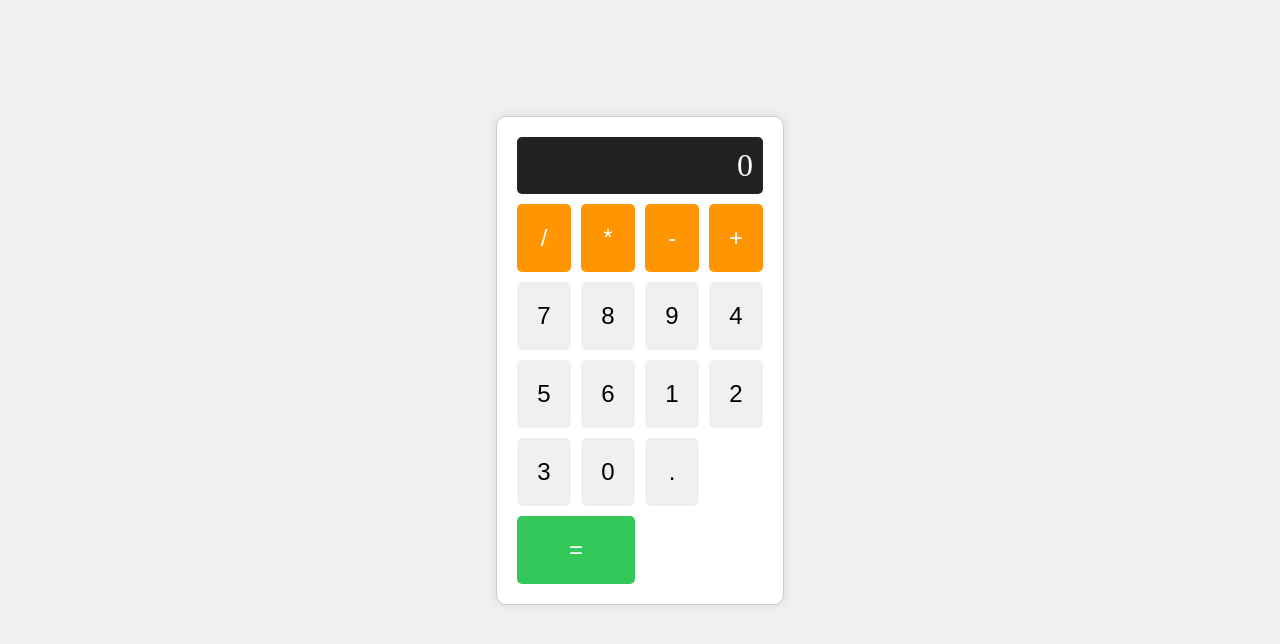
Repository: alizey12/calculator
Page: index.html
The author's editor kept a copy of each file at every save. The page is drawn from the files as they stood at one save, then again after the next save.
The browser window is 1280 px wide. The pictures show the whole page.

Above is the page before, as saved 2024-11-23 18:32:47.

### index.html
<!DOCTYPE html>
<html lang="en">
<head>
    <meta charset="UTF-8">
    <meta name="viewport" content="width=device-width, initial-scale=1.0">
    <title>Document</title>
    <link rel="stylesheet" href="styles.css">
</head>
<body>


        <div class="calculator">
            <div class="display" id="display">0</div>
            <div class="buttons">
                <button class="btn operator">/</button>
                <button class="btn operator">*</button>
                <button class="btn operator">-</button>
                <button class="btn operator">+</button>

                <button class="btn">7</button>
                <button class="btn">8</button>
                <button class="btn">9</button>

                <button class="btn">4</button>
                <button class="btn">5</button>
                <button class="btn">6</button>

                <button class="btn">1</button>
                <button class="btn">2</button>
                <button class="btn">3</button>

                <button class="btn">0</button>
                <button class="btn">.</button>


                <button class="btn operator" id="equals">=</button>
            </div>
        </div>


    <script src="script.js"></script>
</body>
</html>

### styles.css
body {
    display: flex;
    justify-content: center;
    align-items: center;
    height: 100vh;
    background-color: #f0f0f0;
    margin: 0;
}

.calculator {
    border: 1px solid #ccc;
    border-radius: 10px;

    padding: 20px;
    background-color: #fff;
    box-shadow: 0 0 10px rgba(0, 0, 0, 0.1);
}

.display {
    font-size: 2em;
    margin-bottom: 10px;
    padding: 10px;

    background-color: #222;
    color: #fff;
    text-align: right;
    border-radius: 5px;
}
#display{
    height: 80%;
}
.buttons {
    display: grid;
    grid-template-columns: repeat(4, 1fr);
    gap: 10px;
}

.btn {
    padding: 20px;
    font-size: 1.5em;
    border: none;
    border-radius: 5px;
    background-color: #f0f0f0;
    cursor: pointer;
}

.btn.operator {
    background-color: #ff9500;
    color: #fff;
}

.btn#clear {
    background-color: #ff3b30;
    color: #fff;
}

.btn#equals {
    grid-column: span 2;
    background-color: #34c759;
    color: #fff;
}

Loaded but not shown: script.js (no copy from this time; the picture is the same without it)

After the next save:
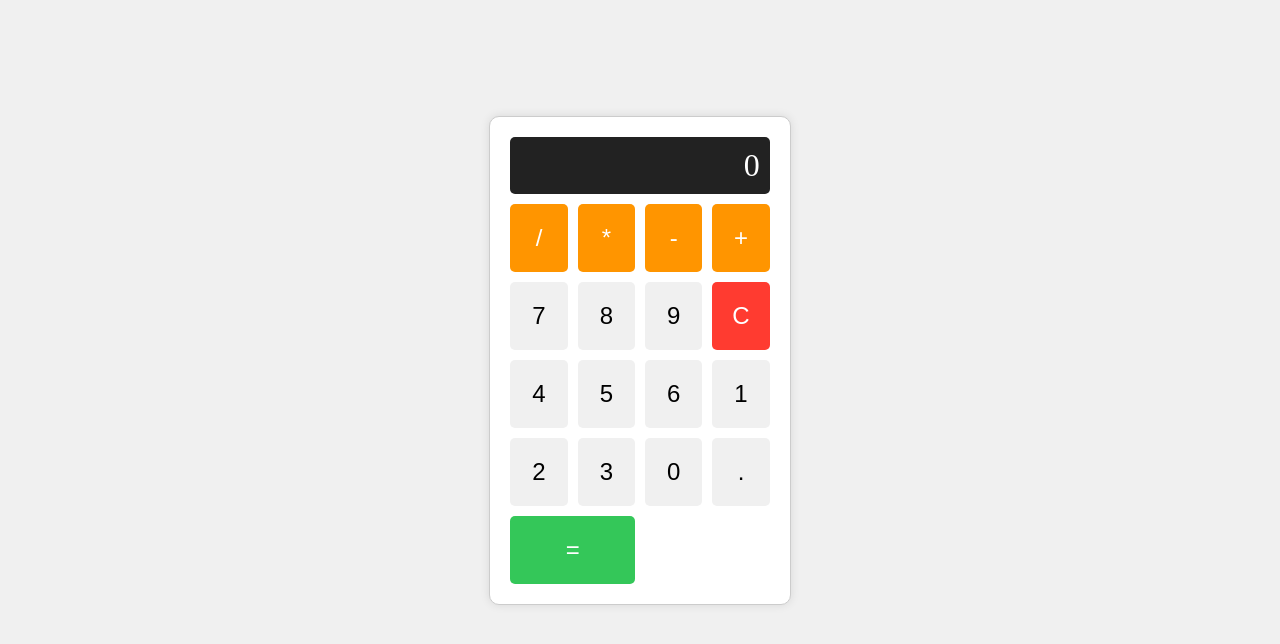
Saved 6 s later.
--- a/index.html
+++ b/index.html
@@ -20,7 +20,7 @@
                 <button class="btn">7</button>
                 <button class="btn">8</button>
                 <button class="btn">9</button>
-
+                <button class="btn" id="clear">C</button>
                 <button class="btn">4</button>
                 <button class="btn">5</button>
                 <button class="btn">6</button>

After the save that followed:
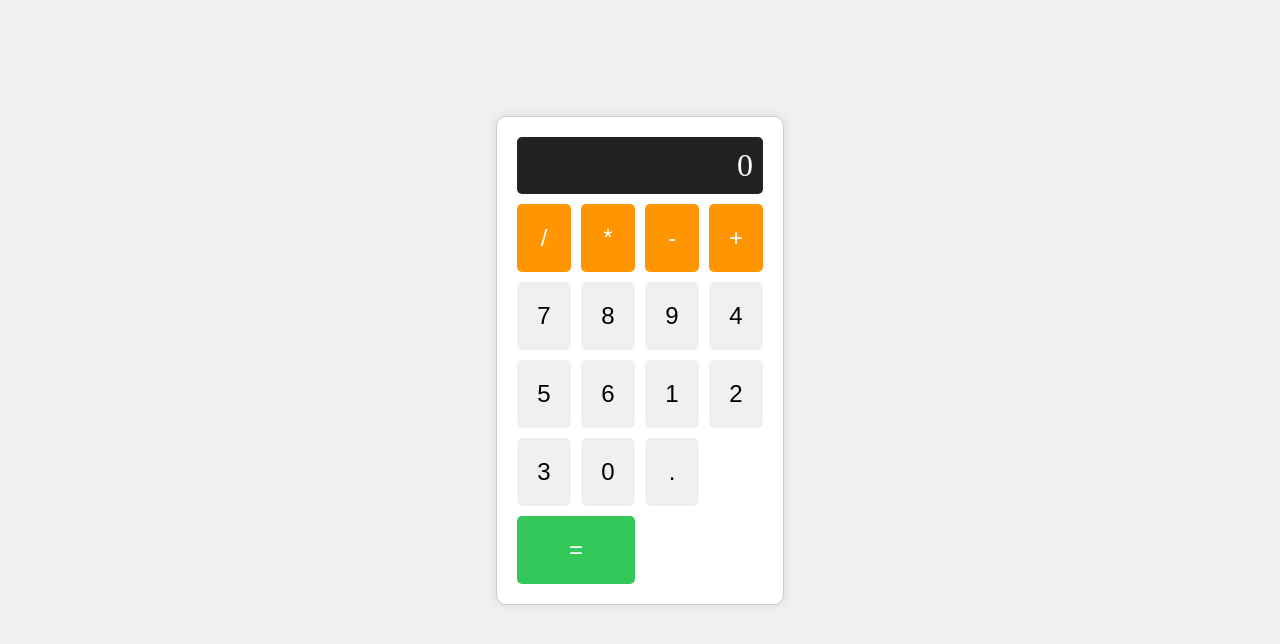
Saved 9 s later.
--- a/index.html
+++ b/index.html
@@ -20,7 +20,7 @@
                 <button class="btn">7</button>
                 <button class="btn">8</button>
                 <button class="btn">9</button>
-                <button class="btn" id="clear">C</button>
+
                 <button class="btn">4</button>
                 <button class="btn">5</button>
                 <button class="btn">6</button>
